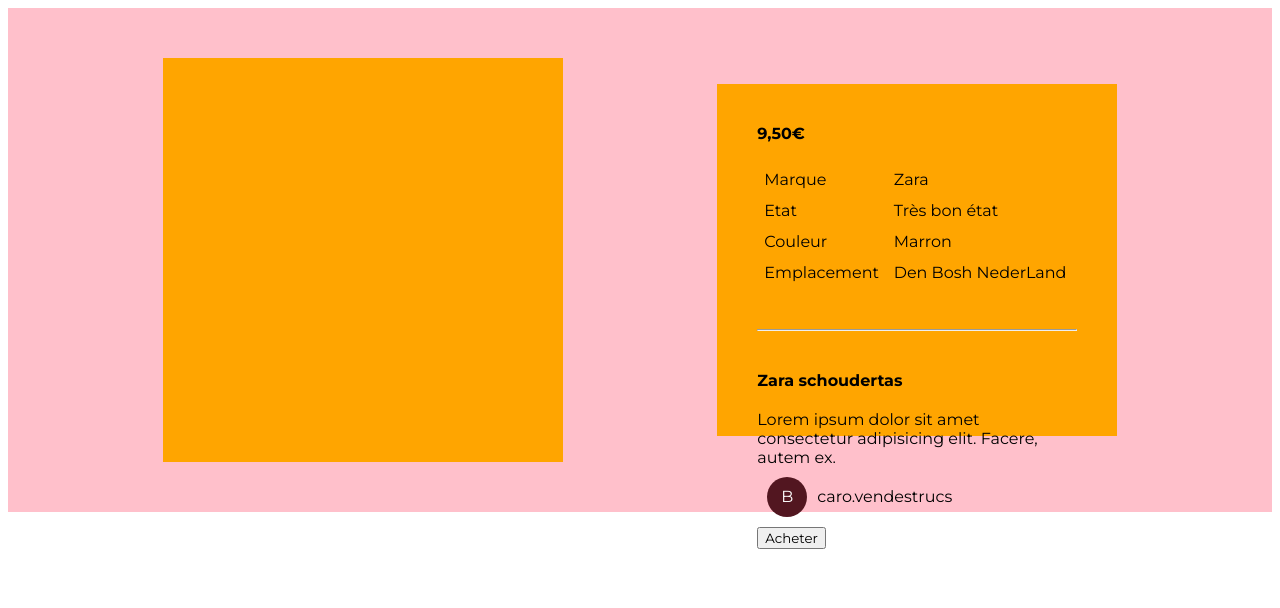
Repository: mel-in-a/vinted-front-clone
Page: html/offer.html
An editor plug-in stored every save of this project. The page is shown before and after a run of saves, followed by the edit.
The browser window is 1280 px wide. The pictures show the whole page.

Above is the page before, as saved 2021-07-29 16:52:37.

After the next 2 saves:
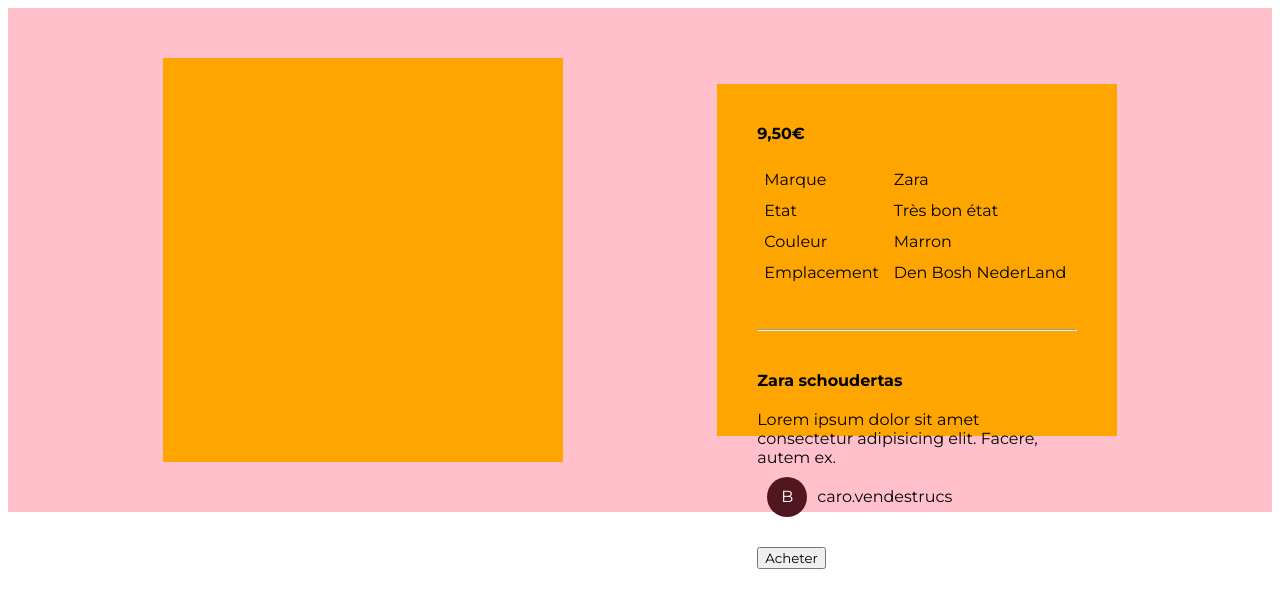
The 2 saves are shown as one change because they came seconds apart.
The last was saved 8 s later.
--- a/html/offer.css
+++ b/html/offer.css
@@ -67,5 +67,5 @@
 }
 
 .offer .btn-buy {
-    margin-top:
+    margin-top: 20px;
 }
